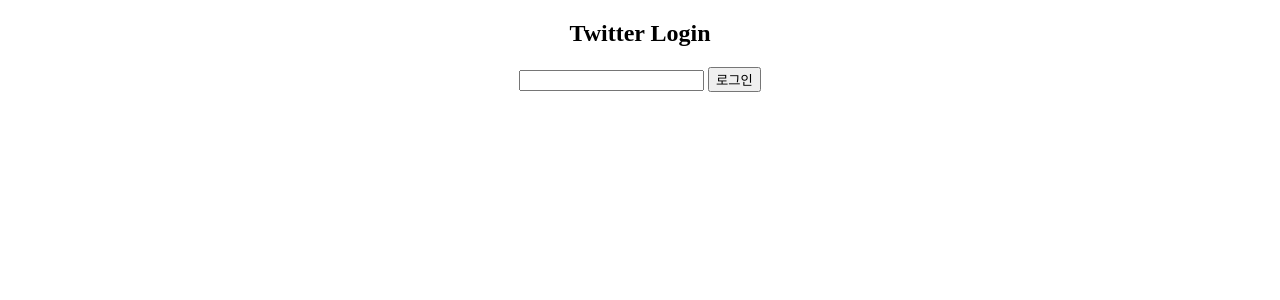
Repository: donggeonoh/My_Source
Page: http://localhost/WebProgramming/ch06/twitter_login.jsp
These files come from the project's save history. The page is drawn as it stood at one moment and after the next save; the edit follows.
The browser window is 1280 px wide. The pictures show the whole page.
The page is served by Tomcat 9. Other server files are loaded and not shown.

Above is the page before, as saved 2016-10-20 11:19:33.

### JSP-Web Source/WebProgramming/WebContent/ch06/twitter_login.jsp
<%@ page language="java" contentType="text/html; charset=UTF-8"
    pageEncoding="UTF-8"%>
<!DOCTYPE html PUBLIC "-//W3C//DTD HTML 4.01 Transitional//EN" "http://www.w3.org/TR/html4/loose.dtd">
<html>
<head>
<meta http-equiv="Content-Type" content="text/html; charset=UTF-8">
<title>Login</title>
</head>
<body>
	<div align = "center">
		<h2>Twitter Login</h2>
		<form name = "form1" method = "post" action = "twitter_list.jsp">
			<input type = "text" name = "username"/>
			<input type = "submit" value = "로그인"/>
		</form>
	</div>
</body>
</html>

After the next save:
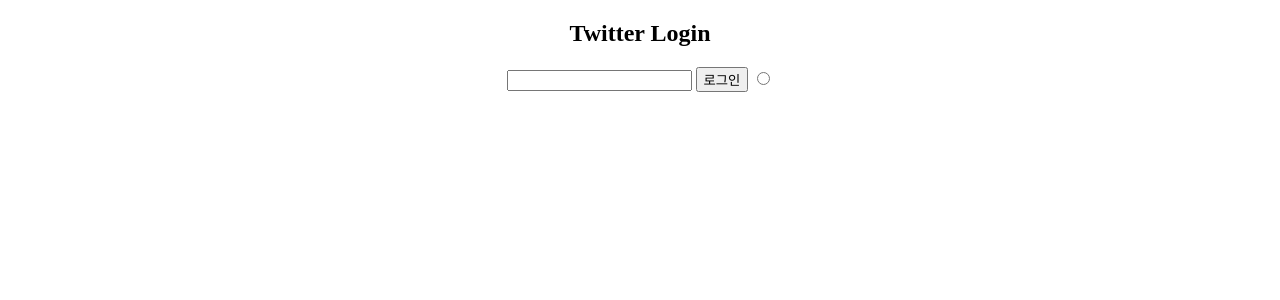
Saved 59 s later.
--- a/JSP-Web Source/WebProgramming/WebContent/ch06/twitter_login.jsp
+++ b/JSP-Web Source/WebProgramming/WebContent/ch06/twitter_login.jsp
@@ -12,6 +12,7 @@
 		<form name = "form1" method = "post" action = "twitter_list.jsp">
 			<input type = "text" name = "username"/>
 			<input type = "submit" value = "로그인"/>
+			<input type = "radio" value="힝"/>
 		</form>
 	</div>
 </body>
